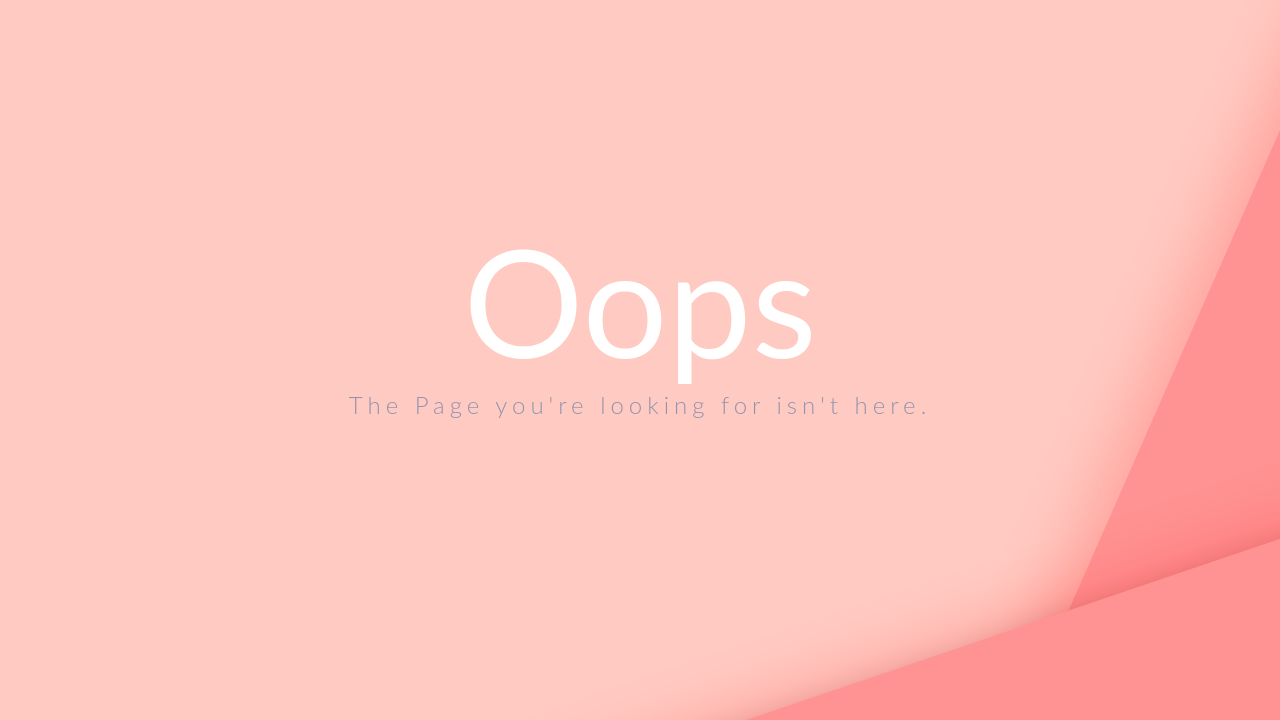
Repository: loone96/sendmylove
Page: sendMyLove1.0/src/main/webapp/fail.html
An editor plug-in stored every save of this project. The page is shown before and after the next save, followed by the edit.
The browser window is 1280 px wide. The pictures show the whole page.

Above is the page before, as saved 2020-06-23 04:49:15.

After the next save:
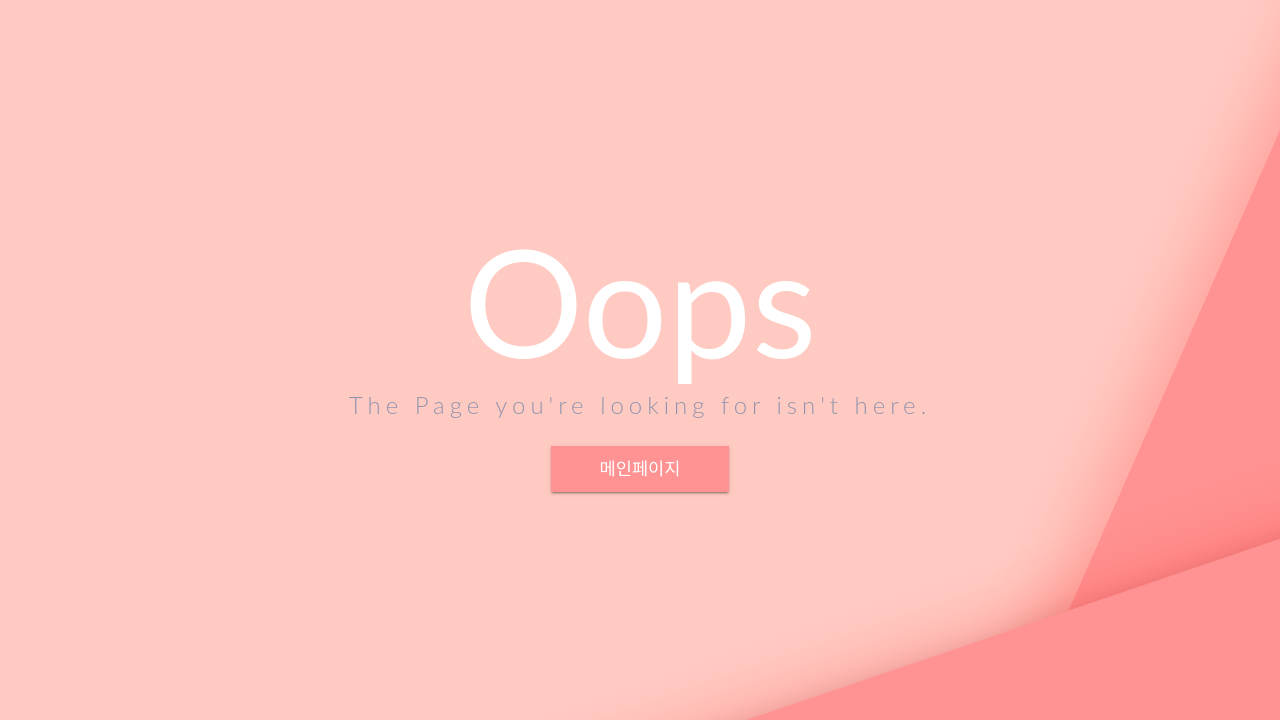
Saved 2 min 4 s later.
--- a/sendMyLove1.0/src/main/webapp/fail.html
+++ b/sendMyLove1.0/src/main/webapp/fail.html
@@ -1,7 +1,7 @@
 <!DOCTYPE html>
 <html>
 <head>
-<meta charset="EUC-KR">
+<meta charset="UTF-8">
 <title>Insert title here</title>
 <style>
 * {
@@ -100,7 +100,30 @@ transform: rotate(-20deg);
     animation-iteration-count: infinite;
     animation-direction: alternate;
 }
-
+.button {
+	position: relative;
+	background: #ff9292;
+	border: 1px solid #ff9292;
+	font-size: 1.1rem;
+	color: white;
+	margin: 3rem 0;
+	padding: 0.75rem 3rem;
+	cursor: pointer;
+	-webkit-transition: background-color 0.28s ease, color 0.28s ease,
+		box-shadow 0.28s ease;
+	transition: background-color 0.28s ease, color 0.28s ease, box-shadow
+		0.28s ease;
+	overflow: hidden;
+	box-shadow: 0 2px 2px 0 rgba(0, 0, 0, 0.14), 0 3px 1px -2px
+		rgba(0, 0, 0, 0.2), 0 1px 5px 0 rgba(0, 0, 0, 0.12);
+	text-decoration : none;
+}
+
+.button span {
+	color: #fff;
+	position: relative;
+	z-index: 1;
+}
 @-webkit-keyframes animation_error_1 {
   from {
     -webkit-transform: rotate(20deg);
@@ -182,7 +205,8 @@ transform: rotate(-20deg);
 <div class="cont_error">
 
 <h1>Oops</h1>
-  <p>The Page you're looking for isn't here.</p>
+  <p>The Page you're looking for isn't here.</p><br><br>
+					<a href="index.html" class="button"> 메인페이지</a>
   </div>
 <div class="cont_aura_1"></div>
 <div class="cont_aura_2"></div>
